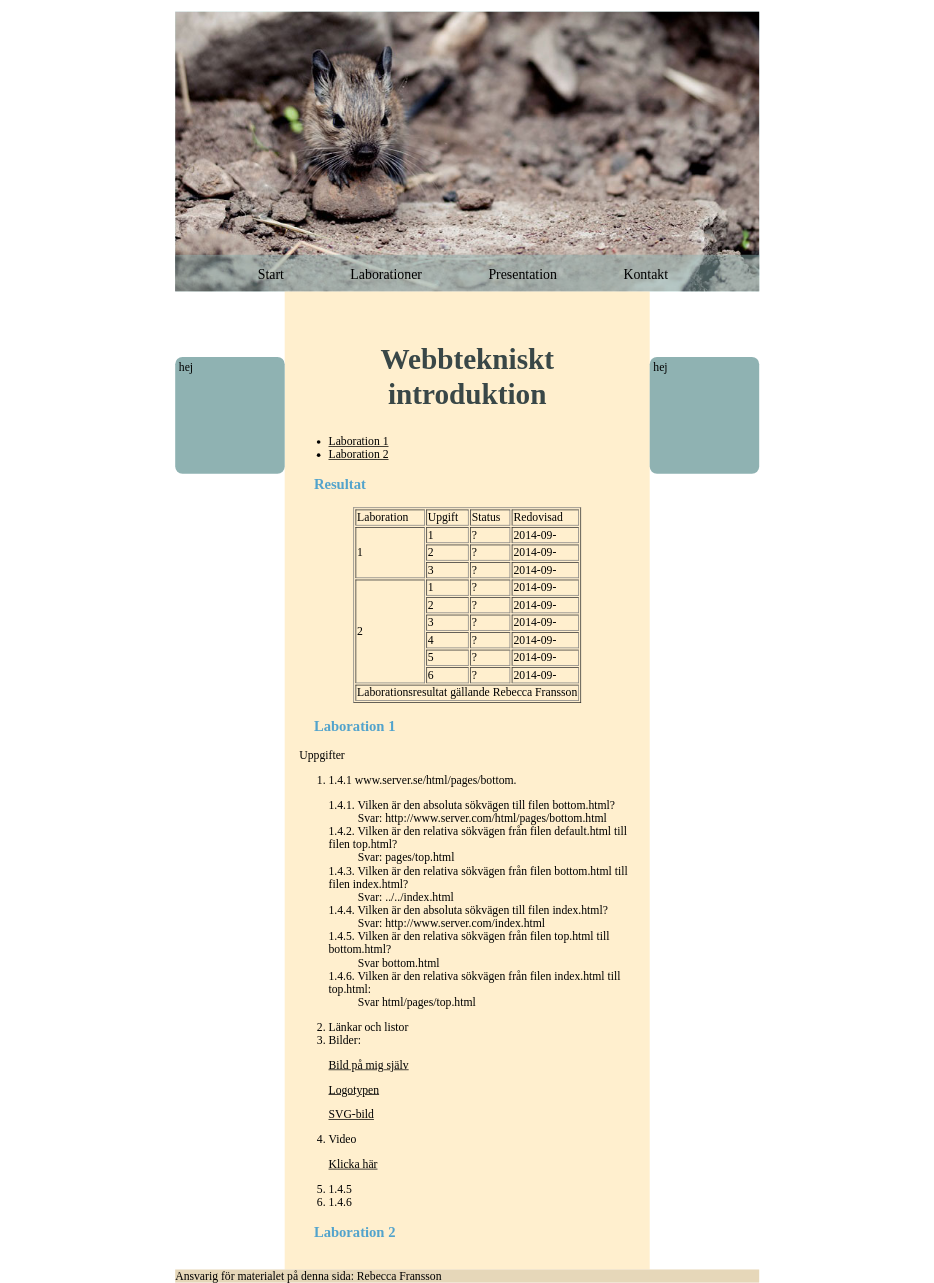
Repository: RebeccaFransson/Interfacedevelopment-1IK415
Page: pages/laborationer.html
The author's editor kept a record of every edit. The page is drawn from the files as they stood at one moment, then again after the next edit.
The browser window is 1280 px wide. The pictures show the whole page, at 73% of full size.

Above is the page before.

After the next edit:
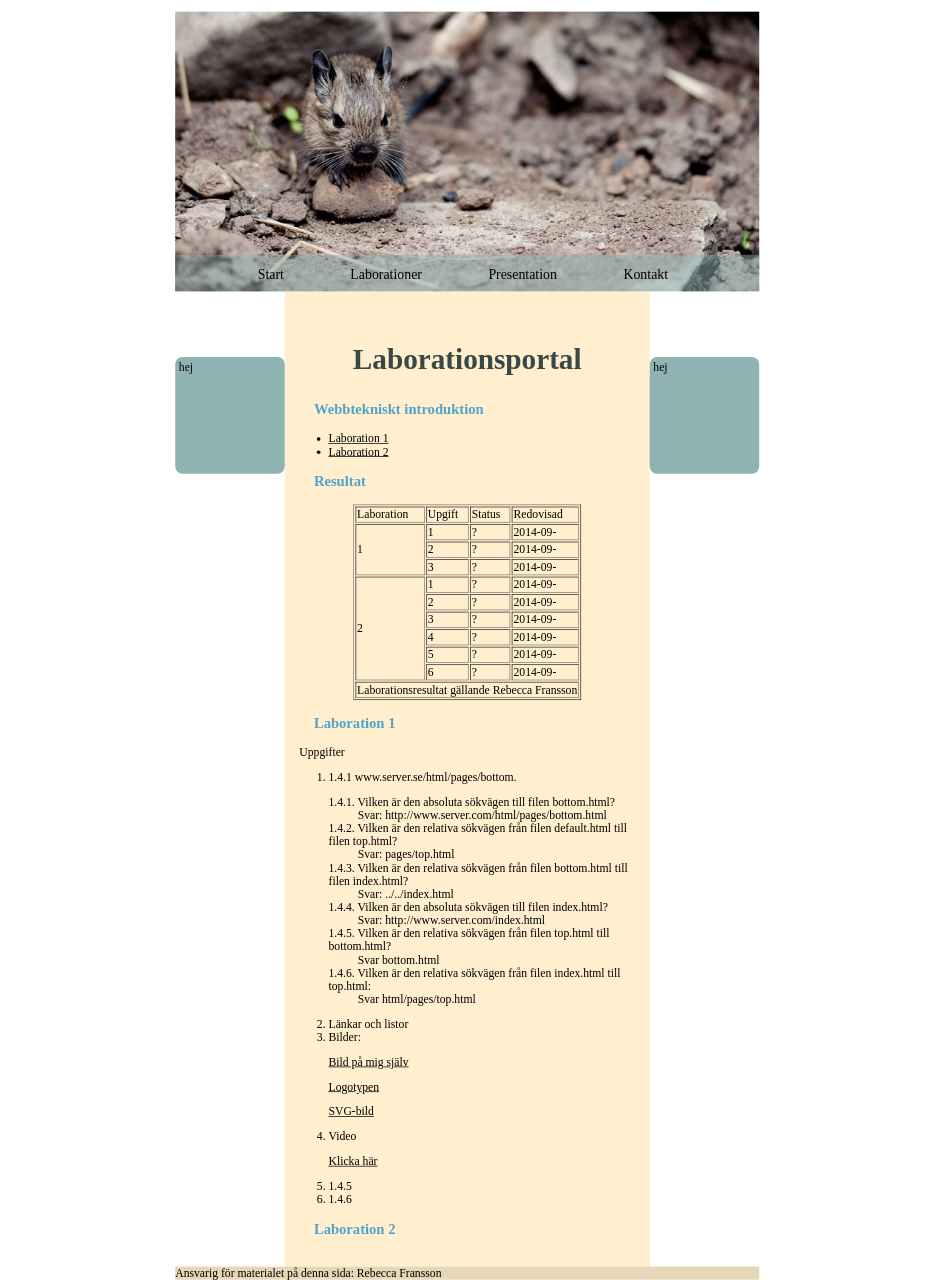
The edit:
--- a/pages/laborationer.html
+++ b/pages/laborationer.html
@@ -29,7 +29,9 @@
 
     <div id="content">
 
-        <h2>Webbtekniskt introduktion</h2>
+        <h2>Laborationsportal</h2>
+
+        <h3>Webbtekniskt introduktion</h3>
             <ul>
                 <li><a href="#Laboration_1">Laboration 1</a> </li>
                 <li><a href="#Laboration_2">Laboration 2</a> </li>
